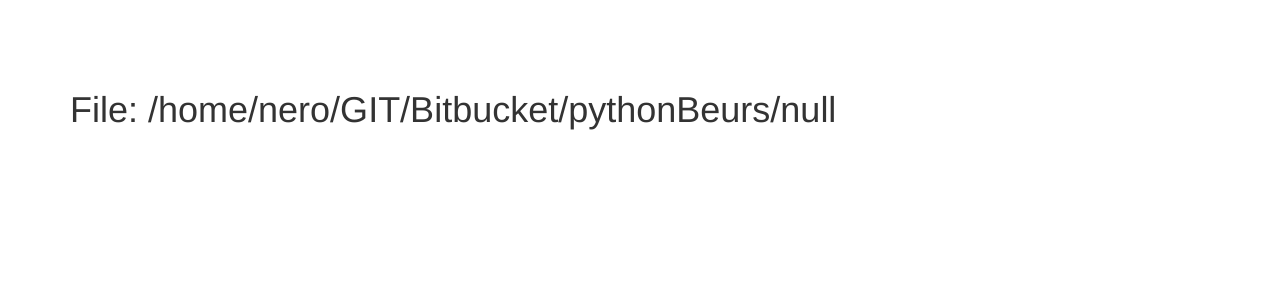
Repository: NeroVanbiervliet/newbeurs-web-terminated
Page: http://localhost/BeursWebApp/support/display_file.jsp
An editor plug-in stored every save of this project. The page is shown before and after a run of saves, followed by the edit.
The browser window is 1280 px wide. The pictures show the whole page.
The page is served by Tomcat 9.

Above is the page before, as saved 2015-10-09 19:38:22.

After the next 3 saves:
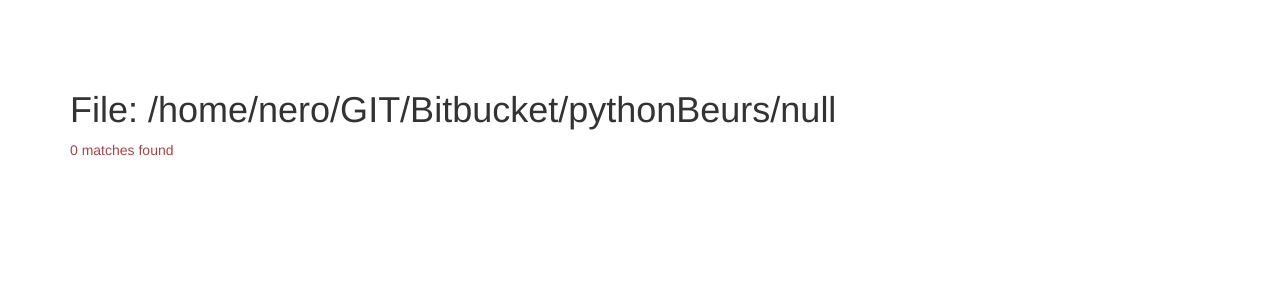
The 3 saves are shown as one change because 2 did not build or start.
The last was saved 62 s later.
--- a/BeursWebApp/WebContent/support/display_file.jsp
+++ b/BeursWebApp/WebContent/support/display_file.jsp
@@ -21,7 +21,7 @@
 	}
 	catch(Exception e)
 	{
-
+		out.write("<div class=\"text-danger\">0 matches found</div>");
 	}
 
 %>
